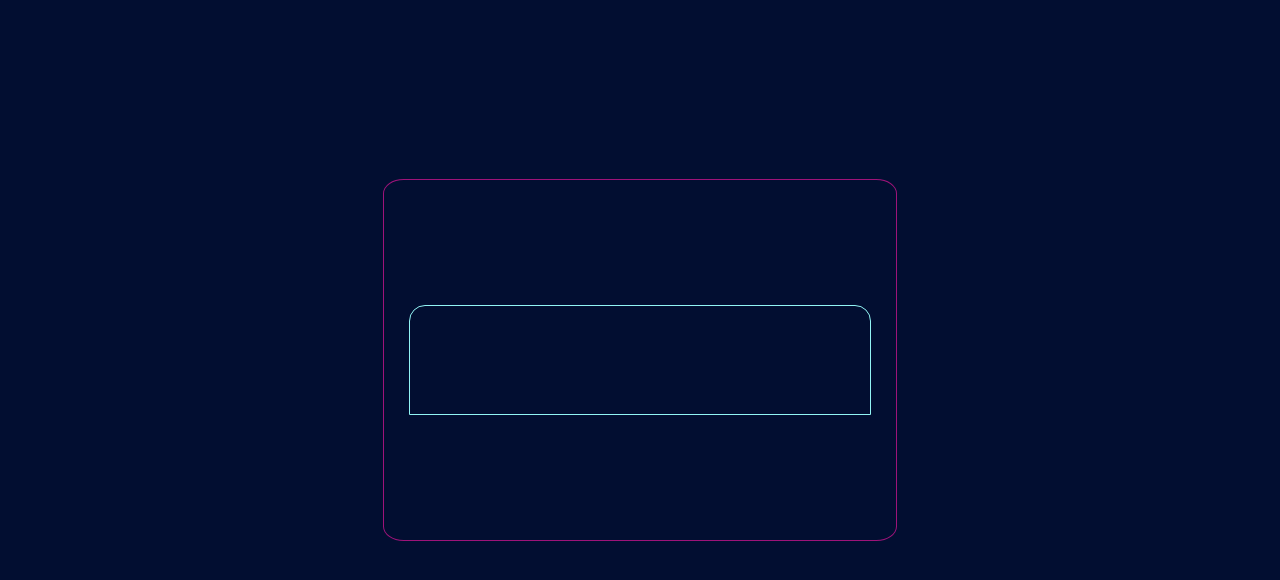
Repository: 2001mariana/Calculator_react
Page: /
The author's editor kept a copy of each file at every save. The page is drawn from the files as they stood at one save, then again after a run of saves.
The browser window is 1280 px wide. The pictures show the whole page.
The project was rebuilt for these pictures with package versions that can differ from the ones it lists, and the page was loaded fresh each time.

Above is the page before, as saved 2023-02-06 17:35:51.

After the next 4 saves:
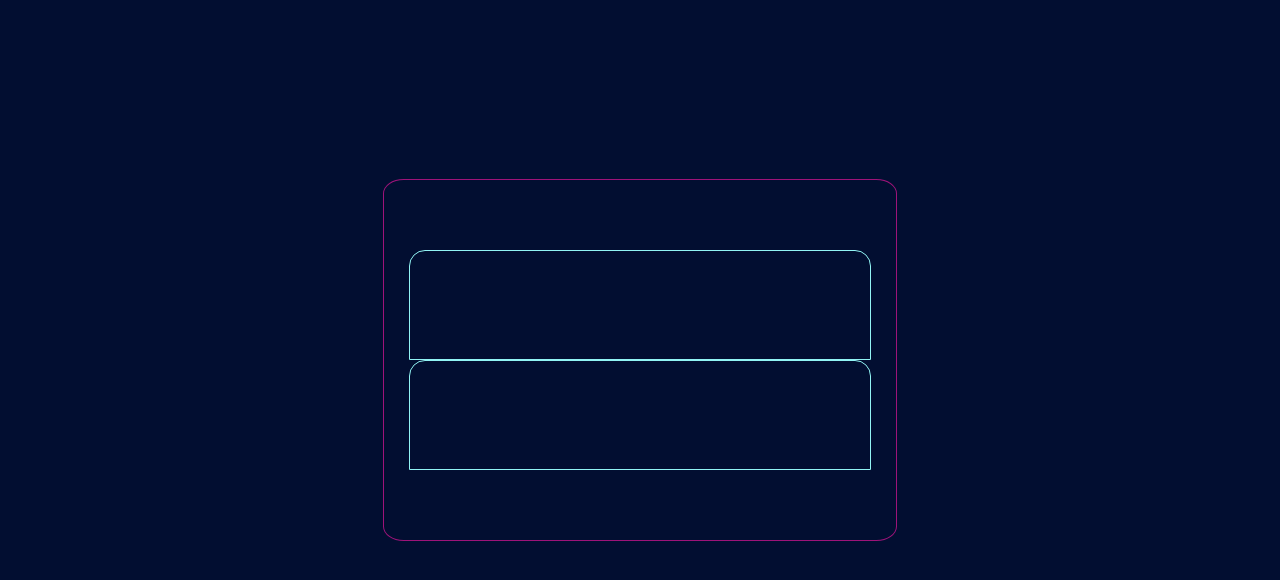
The 4 saves are shown as one change because they came seconds apart.
The last was saved 52 s later.
--- a/src/App.tsx
+++ b/src/App.tsx
@@ -5,6 +5,7 @@
     <div className="Calculator">
       <div className="Calculator__body">
         <div className="Calculator__screen"></div>
+        <div className="Calculator__screen"></div>
       </div>
     </div>
   );

After the save that followed:
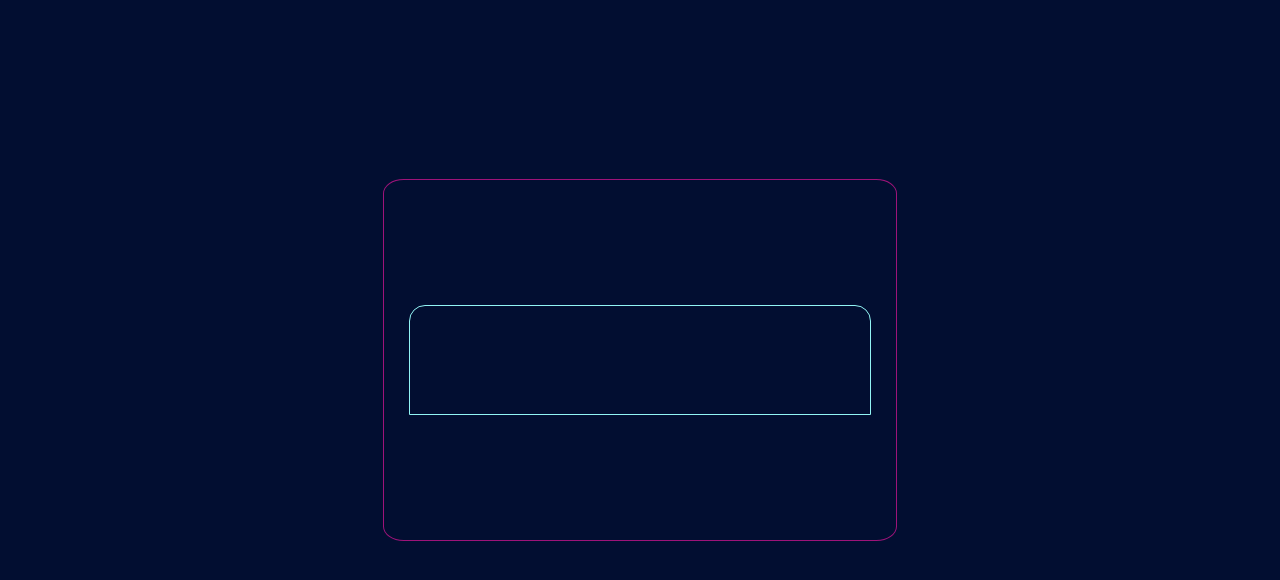
Saved 12 s later.
--- a/src/App.tsx
+++ b/src/App.tsx
@@ -5,7 +5,7 @@
     <div className="Calculator">
       <div className="Calculator__body">
         <div className="Calculator__screen"></div>
-        <div className="Calculator__screen"></div>
+        <div className="Calculator__buttons"></div>
       </div>
     </div>
   );
